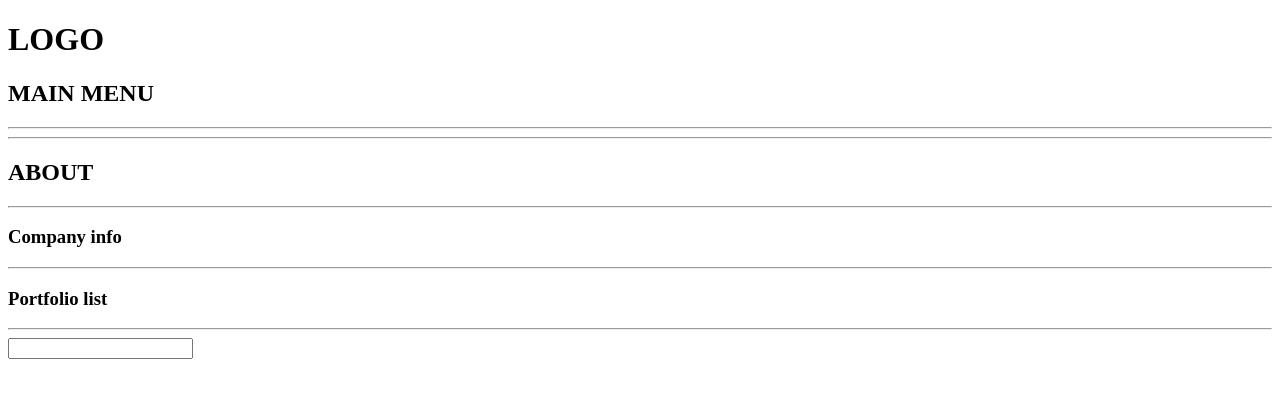
Repository: sonminho/aos
Page: Webserver/addup_perfume/WebContent/prca.html
An editor plug-in stored every save of this project. The page is shown before and after the next save, followed by the edit.
The browser window is 1280 px wide. The pictures show the whole page.

Above is the page before, as saved 2017-11-13 10:44:38.

### Webserver/addup_perfume/WebContent/prca.html
<!DOCTYPE html>
<html>
<head>
<meta charset="EUC-KR">
<title>Company Info</title>
</head>
<body>
<div id="wrap">
	<div id="header">
		<h1>LOGO</h1>
		<h2>MAIN MENU</h2>
	</div>
	<hr>
	<div id="container">
		<div class="visual">
		</div>
		<hr>
		<div class="nav">
			<h2>ABOUT</h2>
		</div>
		<hr>
		<div class="contents">
			<h3>Company info</h3>
			<hr>
			<h3>Portfolio list</h3>
		</div>
	</div>
	<hr>
	<div id="footer">
	</div>

</div>
<input type="text"/>

</body>
</html>

After the next save:
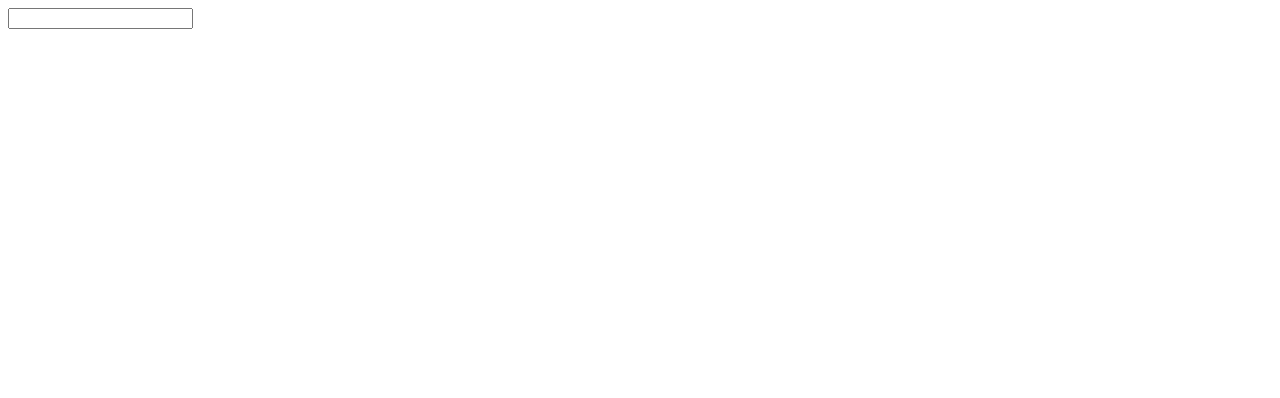
Saved 16 s later.
--- a/Webserver/addup_perfume/WebContent/prca.html
+++ b/Webserver/addup_perfume/WebContent/prca.html
@@ -5,31 +5,7 @@
 <title>Company Info</title>
 </head>
 <body>
-<div id="wrap">
-	<div id="header">
-		<h1>LOGO</h1>
-		<h2>MAIN MENU</h2>
-	</div>
-	<hr>
-	<div id="container">
-		<div class="visual">
-		</div>
-		<hr>
-		<div class="nav">
-			<h2>ABOUT</h2>
-		</div>
-		<hr>
-		<div class="contents">
-			<h3>Company info</h3>
-			<hr>
-			<h3>Portfolio list</h3>
-		</div>
-	</div>
-	<hr>
-	<div id="footer">
-	</div>
 
-</div>
 <input type="text"/>
 
 </body>

After the save that followed:
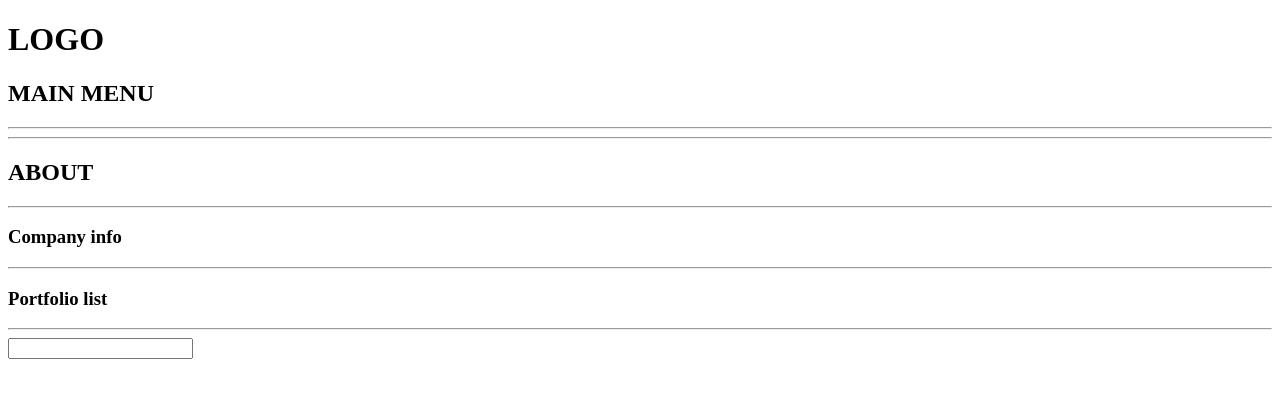
Saved 5 min 23 s later.
--- a/Webserver/addup_perfume/WebContent/prca.html
+++ b/Webserver/addup_perfume/WebContent/prca.html
@@ -5,7 +5,31 @@
 <title>Company Info</title>
 </head>
 <body>
+<div id="wrap">
+	<div id="header">
+		<h1>LOGO</h1>
+		<h2>MAIN MENU</h2>
+	</div>
+	<hr>
+	<div id="container">
+		<div class="visual">
+		</div>
+		<hr>
+		<div class="nav">
+			<h2>ABOUT</h2>
+		</div>
+		<hr>
+		<div class="contents">
+			<h3>Company info</h3>
+			<hr>
+			<h3>Portfolio list</h3>
+		</div>
+	</div>
+	<hr>
+	<div id="footer">
+	</div>
 
+</div>
 <input type="text"/>
 
 </body>
